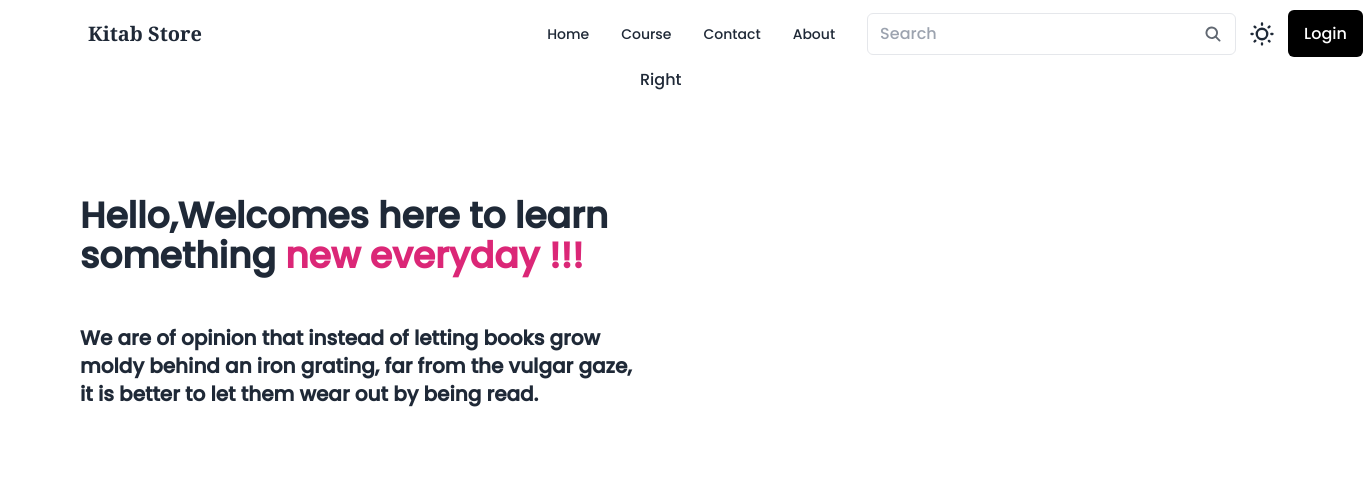
Repository: diensy/Kitab.com
Page: / (app in Frontend/)
The author's editor kept a copy of each file at every save. The page is drawn from the files as they stood at one save, then again after the next save.
The browser window is 1280 px wide. The page is 1363 px wide, so the pictures cover 1363 px, including what lies to the right of the window. The pictures show the whole page.
The project was rebuilt for these pictures with package versions that can differ from the ones it lists, and the page was loaded fresh each time. Also part of the build but not shown: Frontend/vite.config.js.

Above is the page before, as saved 2024-07-28 23:30:22.

### Frontend/src/App.jsx
import React from 'react'
import Navbar from './Components/Navbar'
import Banners from './Components/Banner'
const App = () => {
  return (
    <>
    <Navbar/>
    <Banners/>
    </>
  )
}

export default App

### Frontend/src/index.css
@import url("https://fonts.googleapis.com/css2?family=Fredoka:wght@300..700&family=Montserrat:ital,wght@0,100..900;1,100..900&family=Poppins:wght@500&display=swap");
@tailwind base;
@tailwind components;
@tailwind utilities;

body {
  font-family: "Poppins", sans-serif;
}

### Frontend/src/Components/Navbar.jsx
import React from "react";

const Navbar = () => {
  const navItems = (
    <>
      <li>
        <a>Home</a>
      </li>
      <li>
        <a>Course</a>
      </li>
      <li>
        <a>Contact</a>
      </li>
      <li>
        <a>About</a>
      </li>
    </>
  );
  return (
    <>
      <div className="max-w-screen-2xl container mx-auto md:px-20 px-4">
        <div className="navbar bg-base-100">
          <div className="navbar-start">
            <div className="dropdown">
              <div
                tabIndex={0}
                role="button"
                className="btn btn-ghost lg:hidden"
              >
                <svg
                  xmlns="http://www.w3.org/2000/svg"
                  className="h-5 w-5"
                  fill="none"
                  viewBox="0 0 24 24"
                  stroke="currentColor"
                >
                  <path
                    strokeLinecap="round"
                    strokeLinejoin="round"
                    strokeWidth="2"
                    d="M4 6h16M4 12h8m-8 6h16"
                  />
                </svg>
              </div>
              <ul
                tabIndex={0}
                className="menu menu-sm dropdown-content bg-base-100 rounded-box z-[1] mt-3 w-52 p-2 shadow"
              >
                {navItems}
              </ul>
            </div>
            <a className="text-xl font-bold cursor-pointer font-serif">
              Kitab Store
            </a>
          </div>
          <div className="nav-end space-x-3">
            <div className="navbar-center hidden lg:flex ">
              <ul className="menu menu-horizontal px-1">{navItems}</ul>
            </div>
            <div className="hidden md:block">
              <label className="flex items-center gap-2 border outline-none px-3 py-2 rounded-md">
                <input type="text" className="grow" placeholder="Search" />
                <svg
                  xmlns="http://www.w3.org/2000/svg"
                  viewBox="0 0 16 16"
                  fill="currentColor"
                  className="h-5 w-5 opacity-70"
                >
                  <path
                    fillRule="evenodd"
                    d="M9.965 11.026a5 5 0 1 1 1.06-1.06l2.755 2.754a.75.75 0 1 1-1.06 1.06l-2.755-2.754ZM10.5 7a3.5 3.5 0 1 1-7 0 3.5 3.5 0 0 1 7 0Z"
                    clipRule="evenodd"
                  />
                </svg>
              </label>
            </div>
            <label className="swap swap-rotate">
              {/* this hidden checkbox controls the state */}
              <input
                type="checkbox"
                className="theme-controller"
                value="synthwave"
              />

              {/* sun icon */}
              <svg
                className="swap-off h-7 w-7 fill-current"
                xmlns="http://www.w3.org/2000/svg"
                viewBox="0 0 24 24"
              >
                <path d="M5.64,17l-.71.71a1,1,0,0,0,0,1.41,1,1,0,0,0,1.41,0l.71-.71A1,1,0,0,0,5.64,17ZM5,12a1,1,0,0,0-1-1H3a1,1,0,0,0,0,2H4A1,1,0,0,0,5,12Zm7-7a1,1,0,0,0,1-1V3a1,1,0,0,0-2,0V4A1,1,0,0,0,12,5ZM5.64,7.05a1,1,0,0,0,.7.29,1,1,0,0,0,.71-.29,1,1,0,0,0,0-1.41l-.71-.71A1,1,0,0,0,4.93,6.34Zm12,.29a1,1,0,0,0,.7-.29l.71-.71a1,1,0,1,0-1.41-1.41L17,5.64a1,1,0,0,0,0,1.41A1,1,0,0,0,17.66,7.34ZM21,11H20a1,1,0,0,0,0,2h1a1,1,0,0,0,0-2Zm-9,8a1,1,0,0,0-1,1v1a1,1,0,0,0,2,0V20A1,1,0,0,0,12,19ZM18.36,17A1,1,0,0,0,17,18.36l.71.71a1,1,0,0,0,1.41,0,1,1,0,0,0,0-1.41ZM12,6.5A5.5,5.5,0,1,0,17.5,12,5.51,5.51,0,0,0,12,6.5Zm0,9A3.5,3.5,0,1,1,15.5,12,3.5,3.5,0,0,1,12,15.5Z" />
              </svg>

              {/* moon icon */}
              <svg
                className="swap-on h-7 w-7 fill-current"
                xmlns="http://www.w3.org/2000/svg"
                viewBox="0 0 24 24"
              >
                <path d="M21.64,13a1,1,0,0,0-1.05-.14,8.05,8.05,0,0,1-3.37.73A8.15,8.15,0,0,1,9.08,5.49a8.59,8.59,0,0,1,.25-2A1,1,0,0,0,8,2.36,10.14,10.14,0,1,0,22,14.05,1,1,0,0,0,21.64,13Zm-9.5,6.69A8.14,8.14,0,0,1,7.08,5.22v.27A10.15,10.15,0,0,0,17.22,15.63a9.79,9.79,0,0,0,2.1-.22A8.11,8.11,0,0,1,12.14,19.73Z" />
              </svg>
            </label>
            <div className="">
              <a className="bg-black text-white px-4 py-3 rounded-md hover:bg-slate-800 duration-300 cursor-pointer">
                Login
              </a>
            </div>
          </div>
        </div>
      </div>
    </>
  );
};

export default Navbar;

### Frontend/src/Components/Banner.jsx
import React from "react";

const Banner = () => {
  return (
    <>
      <div className="max-w-screen-2xl container mx-auto md:px-20 px-4 flex flex-col md:flex-row">
        <div className="w-full md:w-1/2 mt-12 md:mt-32">
          <div className="space-y-12">
            <h1 className="text-4xl font-bold">
              Hello,Welcomes here to learn something
              <span className="text-pink-600 "> new everyday !!!</span>
            </h1>
            <p className="font-semibold text-xl">
              We are of opinion that instead of letting books grow moldy behind
              an iron grating, far from the vulgar gaze, it is better to let
              them wear out by being read.
            </p>
          </div>
        </div>
        <div className="w-full md:w-1/2">Right</div>
      </div>
    </>
  );
};

export default Banner;

Loaded but not shown: Frontend/index.html (common file); Frontend/src/main.jsx (common file); Frontend/tailwind.config.js (common file)

After the next save:
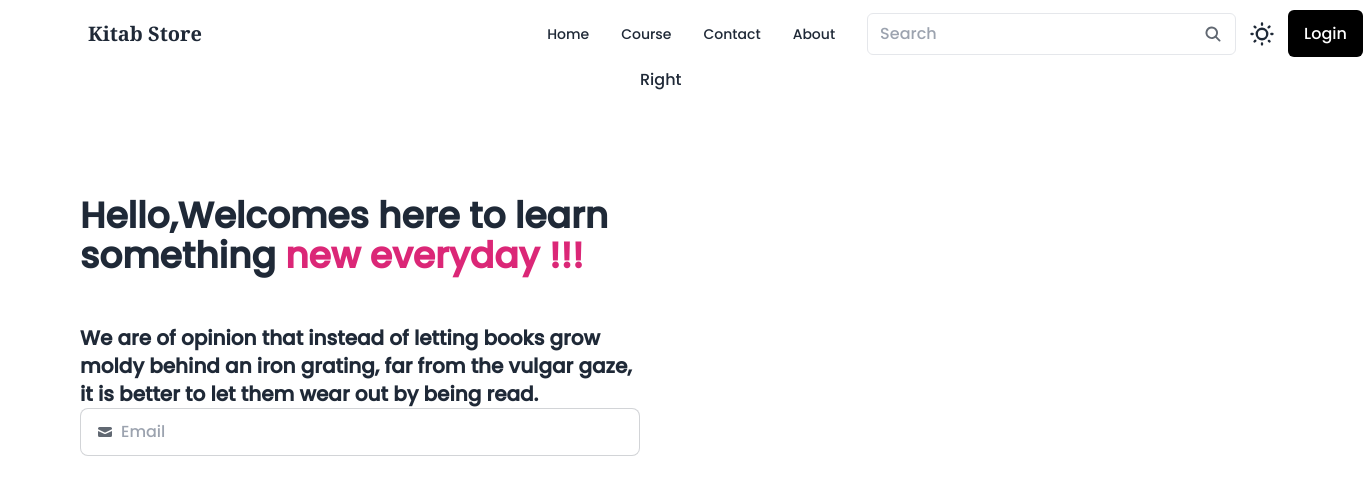
Saved 102 s later.
--- a/Frontend/src/Components/Banner.jsx
+++ b/Frontend/src/Components/Banner.jsx
@@ -16,6 +16,18 @@ const Banner = () => {
               them wear out by being read.
             </p>
           </div>
+          <label className="input input-bordered flex items-center gap-2">
+            <svg
+              xmlns="http://www.w3.org/2000/svg"
+              viewBox="0 0 16 16"
+              fill="currentColor"
+              className="h-4 w-4 opacity-70"
+            >
+              <path d="M2.5 3A1.5 1.5 0 0 0 1 4.5v.793c.026.009.051.02.076.032L7.674 8.51c.206.1.446.1.652 0l6.598-3.185A.755.755 0 0 1 15 5.293V4.5A1.5 1.5 0 0 0 13.5 3h-11Z" />
+              <path d="M15 6.954 8.978 9.86a2.25 2.25 0 0 1-1.956 0L1 6.954V11.5A1.5 1.5 0 0 0 2.5 13h11a1.5 1.5 0 0 0 1.5-1.5V6.954Z" />
+            </svg>
+            <input type="text" className="grow" placeholder="Email" />
+          </label>
         </div>
         <div className="w-full md:w-1/2">Right</div>
       </div>
